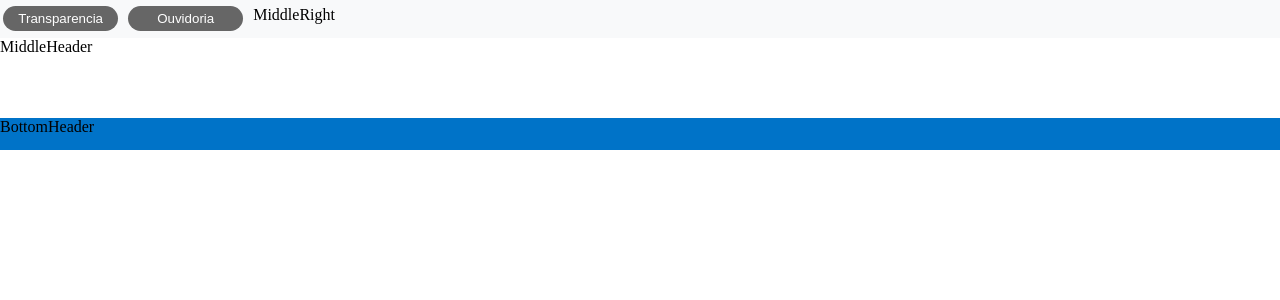
Repository: YuriSarmanho/prodepaSite
Page: / (app in prodepa-site/)
These files come from the project's save history. The page is drawn as it stood at one moment and after the next save; the edit follows.
The browser window is 1280 px wide. The pictures show the whole page.
The project was rebuilt for these pictures with package versions that can differ from the ones it lists, and the page was loaded fresh each time. Also part of the build but not shown: prodepa-site/src/App.css.

Above is the page before, as saved 2022-12-19 16:19:20.

After the next save:
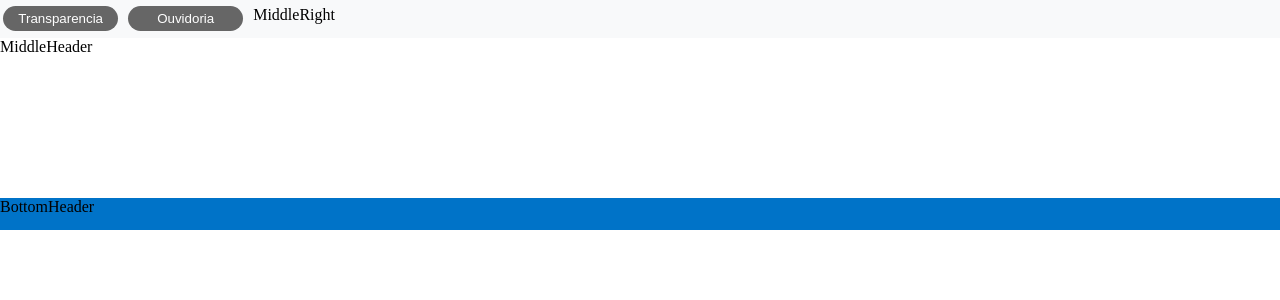
Saved 6 s later.
--- a/prodepa-site/src/sections/Header/MiddleHeader/index.css
+++ b/prodepa-site/src/sections/Header/MiddleHeader/index.css
@@ -1,3 +1,3 @@
 .middleHeaderContainer {
-    height: 5rem;
+    height: 10rem;
 }
